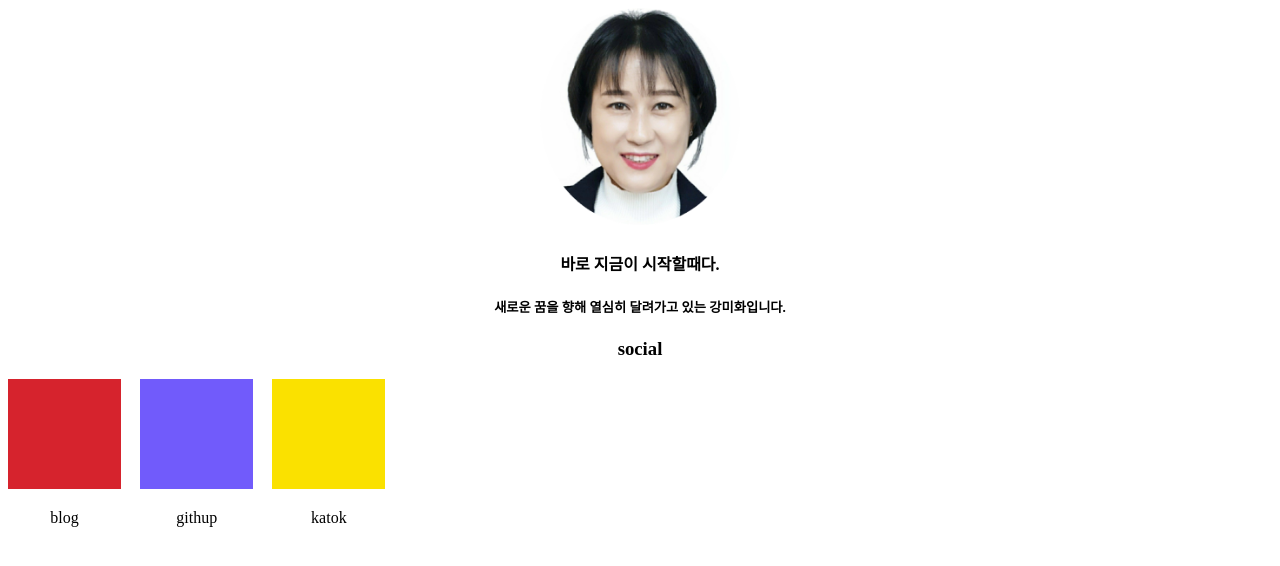
Repository: kmh9964/view
Page: workspace/studyhtml5/src/htmltags03.html
An editor plug-in stored every save of this project. The page is shown before and after the next save, followed by the edit.
The browser window is 1280 px wide. The pictures show the whole page.

Above is the page before, as saved 2022-12-14 08:03:07.

After the next save:
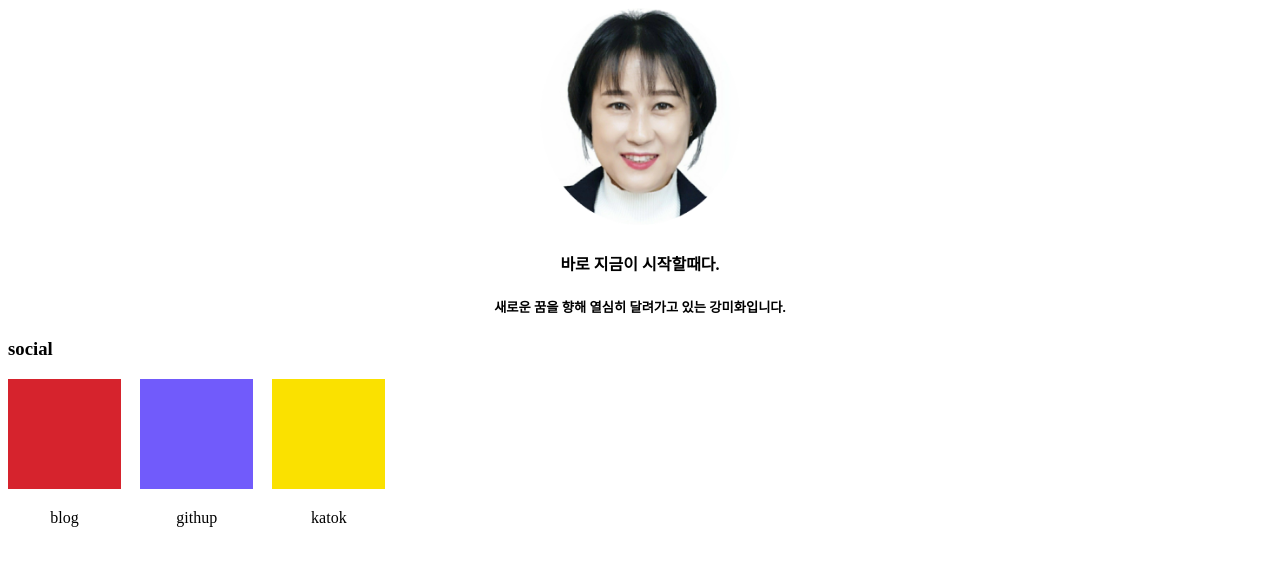
Saved 6 s later.
--- a/workspace/studyhtml5/src/htmltags03.html
+++ b/workspace/studyhtml5/src/htmltags03.html
@@ -16,7 +16,7 @@
 			display: none; /* 표시: 안함 (화면상 필요 없지만 검색이 잘되게 하기 위해서 필요한것) */
 
 		}
-		h1,h4,h5,h3 {
+		h1,h4,h5{
 		text-align: center;
 
 		}

After the save that followed:
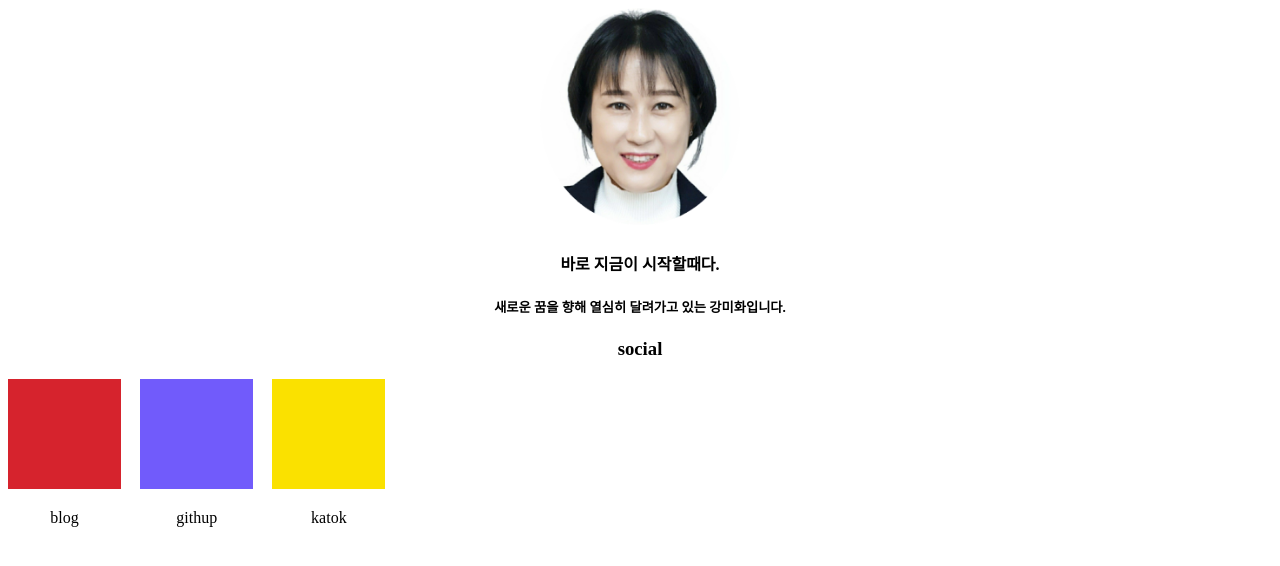
Saved 59 s later.
--- a/workspace/studyhtml5/src/htmltags03.html
+++ b/workspace/studyhtml5/src/htmltags03.html
@@ -16,7 +16,10 @@
 			display: none; /* 표시: 안함 (화면상 필요 없지만 검색이 잘되게 하기 위해서 필요한것) */
 
 		}
-		h1,h4,h5{
+		.text-center{
+			text-align: center;
+		}
+		h1,h4,h5,h3 {
 		text-align: center;
 
 		}
